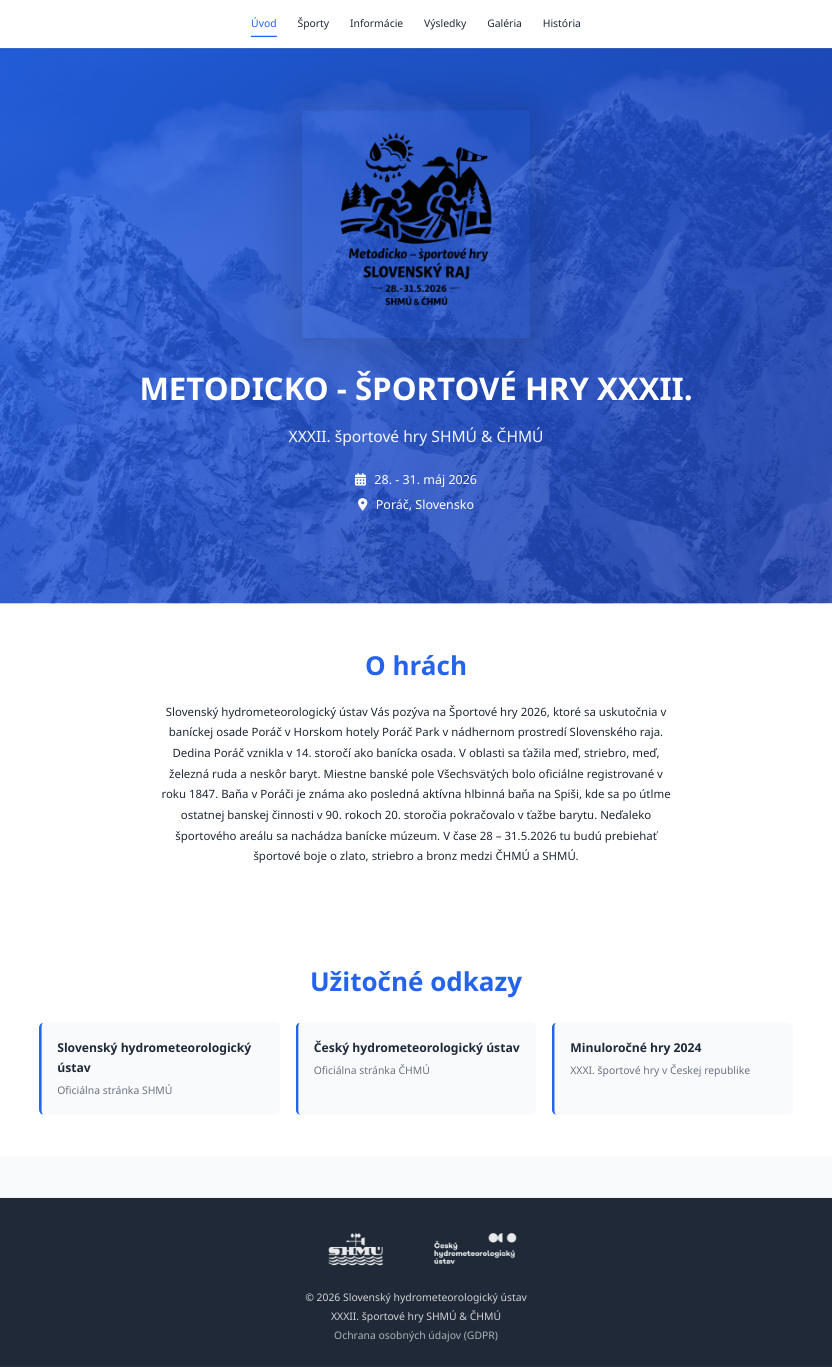
Repository: samiljimari/SHMU-web
Page: index.html
These files come from the project's save history. The page is drawn as it stood at one moment and after the next save; the edit follows.
The browser window is 1280 px wide. The pictures show the whole page, at 65% of full size.

Above is the page before, as saved 2026-01-14 15:30:24.

### index.html
<!DOCTYPE html>
<html lang="sk">
<head>
    <meta charset="UTF-8">
    <meta name="viewport" content="width=device-width, initial-scale=1.0">
    <title>Športové hry SHMÚ 2026</title>
    <link rel="stylesheet" href="https://cdnjs.cloudflare.com/ajax/libs/font-awesome/6.5.1/css/all.min.css">
    <link rel="stylesheet" href="css/style.css">
</head>
<body>
    <header>
        <nav class="navbar navbar-index">
            <div class="container">
                <div class="logo">
                </div>
                <ul class="nav-menu">
                    <li><a href="index.html" class="active">Úvod</a></li>
                    <li><a href="sports.html">Športy</a></li>
                    <li><a href="info.html">Informácie</a></li>
                    <li><a href="results.html">Výsledky</a></li>
                    <li><a href="gallery.html">Galéria</a></li>
                    <li><a href="history.html">História</a></li>
                </ul>
                <div class="hamburger">
                    <span></span>
                    <span></span>
                    <span></span>
                </div>
            </div>
        </nav>
    </header>

    <main>
        <section class="hero">
            <div class="hero-content">
                <img src="site_logo.png" alt="Logo" class="hero-logo">
                <h2>METODICKO - ŠPORTOVÉ HRY XXXII.</h2>
                <p class="hero-subtitle">XXXII. športové hry SHMÚ & ČHMÚ</p>
                <p class="hero-date"><i class="fas fa-calendar-alt"></i> 28. - 31. máj 2026</p>
                <p class="hero-location"><i class="fas fa-map-marker-alt"></i> Poráč, Slovensko</p>
            </div>
        </section>

        <section class="about">
            <div class="container">
                <h2>O hrách</h2>
                <p>
                    Slovenský hydrometeorologický ústav Vás pozýva na Športové hry 2026, ktoré sa uskutočnia v baníckej osade Poráč v Horskom hotely Poráč Park v nádhernom prostredí Slovenského raja.
Dedina  Poráč vznikla v 14. storočí ako banícka osada. V oblasti sa ťažila meď, striebro, meď, železná ruda a neskôr baryt. Miestne banské pole Všechsvätých bolo oficiálne registrované v roku 1847.
Baňa v Poráči je známa ako posledná aktívna hlbinná baňa na Spiši, kde sa po útlme ostatnej banskej činnosti v 90. rokoch 20. storočia pokračovalo v ťažbe barytu. Neďaleko športového areálu sa nachádza banícke múzeum.

V čase 28 – 31.5.2026 tu budú prebiehať športové boje o zlato, striebro a bronz medzi ČHMÚ a SHMÚ.

                </p>
            </div>
        </section>

        <section class="useful-links">
            <div class="container">
                <h2>Užitočné odkazy</h2>
                <div class="links-grid">
                    <a href="https://www.shmu.sk/" target="_blank" class="link-card">
                        <h3>Slovenský hydrometeorologický ústav</h3>
                        <p>Oficiálna stránka SHMÚ</p>
                    </a>
                    <a href="http://www.chmi.cz/" target="_blank" class="link-card">
                        <h3>Český hydrometeorologický ústav</h3>
                        <p>Oficiálna stránka ČHMÚ</p>
                    </a>
                    <a href="https://info.chmi.cz/akce/sportovniHry/index.php" target="_blank" class="link-card">
                        <h3>Minuloročné hry 2024</h3>
                        <p>XXXI. športové hry v Českej republike</p>
                    </a>
                </div>
            </div>
        </section>
    </main>

    <footer>
        <div class="container">
            <div class="footer-logos">
                <img src="logoSHMI_white.png" alt="SHMÚ Logo">
                <img src="logoCHMI_white.png" alt="ČHMÚ Logo">
            </div>
            <p>&copy; 2026 Slovenský hydrometeorologický ústav</p>
            <p>XXXII. športové hry SHMÚ & ČHMÚ</p>
            <p><a href="gdpr.html" style="color: rgba(255,255,255,0.8); text-decoration: none;">Ochrana osobných údajov (GDPR)</a></p>
        </div>
    </footer>

    <script src="js/script.js"></script>
</body>
</html>

### css/style.css
/* Reset and Base Styles */
* {
    margin: 0;
    padding: 0;
    box-sizing: border-box;
}

:root {
    --primary-color: #2563eb;
    --secondary-color: #1e40af;
    --accent-color: #3b82f6;
    --text-dark: #1f2937;
    --text-light: #6b7280;
    --bg-light: #f9fafb;
    --bg-white: #ffffff;
    --border-color: #e5e7eb;
    --success-color: #10b981;
    --warning-color: #f59e0b;
    --danger-color: #ef4444;
}

body {
    font-family: 'Segoe UI', Tahoma, Geneva, Verdana, sans-serif;
    line-height: 1.6;
    color: var(--text-dark);
    background-color: var(--bg-light);
}

.container {
    max-width: 1200px;
    margin: 0 auto;
    padding: 0 20px;
}

/* Navigation */
.navbar {
    background-color: var(--bg-white);
    box-shadow: 0 2px 4px rgba(0, 0, 0, 0.1);
    position: relative;
    z-index: 1000;
}

.navbar .container {
    display: flex;
    justify-content: space-between;
    align-items: center;
    padding: 1.5rem 20px;
}

.navbar-index .container {
    justify-content: center;
}

.navbar-index .logo {
    display: none;
}

.logo {
    display: flex;
    align-items: center;
    gap: 15px;
}

.site-logo {
    height: 160px;
    width: auto;
    object-fit: contain;
}

.logo h1 {
    font-size: 1.5rem;
    color: var(--primary-color);
    font-weight: 700;
}

.nav-menu {
    display: flex;
    list-style: none;
    gap: 2rem;
}

.nav-menu a {
    text-decoration: none;
    color: var(--text-dark);
    font-weight: 500;
    transition: color 0.3s;
    padding: 0.5rem 0;
}

.nav-menu a:hover,
.nav-menu a.active {
    color: var(--primary-color);
    border-bottom: 2px solid var(--primary-color);
}

.hamburger {
    display: none;
    flex-direction: column;
    cursor: pointer;
    gap: 4px;
}

.hamburger span {
    width: 25px;
    height: 3px;
    background-color: var(--text-dark);
    transition: 0.3s;
}

/* Hero Section */
.hero {
    background-image: linear-gradient(135deg, rgba(37, 99, 235, 0.85) 0%, rgba(30, 64, 175, 0.85) 100%), url('../tatry.jpg');
    background-size: cover;
    background-position: center top;
    background-repeat: no-repeat;
    color: white;
    padding: 6rem 2rem 8rem;
    text-align: center;
    position: relative;
    min-height: 600px;
    margin-top: 0;
}

.hero-logo {
    height: 350px;
    width: auto;
    margin-bottom: 2rem;
    filter: drop-shadow(0 0 20px rgba(255, 255, 255, 0.9))
            drop-shadow(0 0 40px rgba(255, 255, 255, 0.6))
            drop-shadow(0 4px 8px rgba(0, 0, 0, 0.3));
    opacity: 1;
    mix-blend-mode: multiply;
    background: transparent;
}

.hero-content h2 {
    font-size: 3rem;
    margin-bottom: 1rem;
    font-weight: 700;
}

.hero-subtitle {
    font-size: 1.5rem;
    margin-bottom: 2rem;
    opacity: 0.95;
}

.hero-date,
.hero-location {
    font-size: 1.2rem;
    margin: 0.5rem 0;
}

.hero-date i,
.hero-location i {
    margin-right: 0.5rem;
}

/* About Section */
.about {
    padding: 4rem 2rem;
    background-color: var(--bg-white);
}

.about h2 {
    font-size: 2.5rem;
    margin-bottom: 1.5rem;
    color: var(--primary-color);
    text-align: center;
}

.about p {
    font-size: 1.1rem;
    line-height: 1.8;
    margin-bottom: 1rem;
    text-align: center;
    max-width: 800px;
    margin-left: auto;
    margin-right: auto;
}

/* Info Grid Section */
.info-grid {
    padding: 4rem 2rem;
    background-color: var(--bg-light);
}

.grid {
    display: grid;
    grid-template-columns: repeat(auto-fit, minmax(250px, 1fr));
    gap: 2rem;
}

.card {
    background-color: var(--bg-white);
    padding: 2rem;
    border-radius: 10px;
    box-shadow: 0 4px 6px rgba(0, 0, 0, 0.1);
    text-align: center;
    transition: transform 0.3s, box-shadow 0.3s;
}

.card:hover {
    transform: translateY(-5px);
    box-shadow: 0 8px 12px rgba(0, 0, 0, 0.15);
}

.card-icon {
    font-size: 3rem;
    margin-bottom: 1rem;
    color: var(--primary-color);
}

.card-icon i {
    display: block;
}

.card h3 {
    font-size: 1.5rem;
    margin-bottom: 1rem;
    color: var(--primary-color);
}

.card p {
    margin-bottom: 1.5rem;
    color: var(--text-light);
}

.btn {
    display: inline-block;
    padding: 0.75rem 1.5rem;
    background-color: var(--primary-color);
    color: white;
    text-decoration: none;
    border-radius: 5px;
    transition: background-color 0.3s;
    font-weight: 500;
}

.btn:hover {
    background-color: var(--secondary-color);
}

/* Useful Links Section */
.useful-links {
    padding: 4rem 2rem;
    background-color: var(--bg-white);
}

.useful-links h2 {
    font-size: 2.5rem;
    margin-bottom: 2rem;
    color: var(--primary-color);
    text-align: center;
}

.links-grid {
    display: grid;
    grid-template-columns: repeat(auto-fit, minmax(300px, 1fr));
    gap: 1.5rem;
}

.link-card {
    background-color: var(--bg-light);
    padding: 1.5rem;
    border-radius: 8px;
    text-decoration: none;
    color: var(--text-dark);
    border-left: 4px solid var(--primary-color);
    transition: all 0.3s;
}

.link-card:hover {
    background-color: var(--primary-color);
    color: white;
    transform: translateX(5px);
}

.link-card h3 {
    margin-bottom: 0.5rem;
}

.link-card p {
    color: var(--text-light);
}

.link-card:hover p {
    color: rgba(255, 255, 255, 0.9);
}

/* Page Header */
.page-header {
    background: linear-gradient(135deg, var(--primary-color) 0%, var(--secondary-color) 100%);
    color: white;
    padding: 5rem 2rem 3rem;
    text-align: center;
    margin-top: 0;
}

.page-header h1 {
    font-size: 2.5rem;
    margin-bottom: 0.5rem;
}

.page-header p {
    font-size: 1.2rem;
    opacity: 0.95;
}

/* Sports Section */
.sports-list {
    padding: 4rem 2rem;
}

.sports-grid {
    display: grid;
    grid-template-columns: repeat(auto-fit, minmax(280px, 1fr));
    gap: 2rem;
    margin-bottom: 3rem;
}

.sport-card {
    background-color: var(--bg-white);
    padding: 2rem;
    border-radius: 10px;
    box-shadow: 0 4px 6px rgba(0, 0, 0, 0.1);
    transition: transform 0.3s;
}

.sport-card:hover {
    transform: translateY(-5px);
}

.sport-icon {
    font-size: 3rem;
    margin-bottom: 1rem;
    text-align: center;
    color: var(--primary-color);
}

.sport-icon i {
    display: block;
}

.sport-card h3 {
    font-size: 1.5rem;
    margin-bottom: 0.5rem;
    color: var(--primary-color);
}

.sport-card p {
    color: var(--text-light);
    margin-bottom: 1rem;
}

.sport-card ul {
    list-style: none;
    padding-left: 0;
}

.sport-card ul li {
    padding: 0.25rem 0;
    color: var(--text-dark);
}

.sport-card ul li:before {
    content: "✓ ";
    color: var(--success-color);
    font-weight: bold;
}

.info-box {
    background-color: var(--bg-white);
    padding: 2rem;
    border-radius: 10px;
    border-left: 4px solid var(--warning-color);
    box-shadow: 0 4px 6px rgba(0, 0, 0, 0.1);
}

.info-box h3 {
    color: var(--primary-color);
    margin-bottom: 1rem;
}

.info-box ul {
    list-style: none;
    padding-left: 0;
}

.info-box ul li {
    padding: 0.5rem 0;
}

/* Information Page */
.info-content {
    padding: 4rem 2rem;
}

.info-section {
    background-color: var(--bg-white);
    padding: 2rem;
    margin-bottom: 2rem;
    border-radius: 10px;
    box-shadow: 0 4px 6px rgba(0, 0, 0, 0.1);
}

.info-section h2 {
    color: var(--primary-color);
    margin-bottom: 1.5rem;
    font-size: 2rem;
}

.info-section h2 i {
    margin-right: 0.5rem;
}

.info-section h3 {
    color: var(--secondary-color);
    margin-top: 1.5rem;
    margin-bottom: 1rem;
}

.info-section h4 {
    color: var(--text-dark);
    margin-top: 1rem;
    margin-bottom: 0.5rem;
}

.info-section ul {
    margin-left: 1.5rem;
    margin-top: 0.5rem;
}

.info-section li {
    margin-bottom: 0.5rem;
}

.schedule-table {
    margin-top: 1rem;
}

.schedule-table h3 {
    background-color: var(--bg-light);
    padding: 0.75rem 1rem;
    margin-top: 1.5rem;
    border-left: 4px solid var(--primary-color);
}

.schedule-table table {
    width: 100%;
    border-collapse: collapse;
    margin-top: 1rem;
}

.schedule-table table tr {
    border-bottom: 1px solid var(--border-color);
}

.schedule-table table td {
    padding: 1rem;
}

.schedule-table table td:first-child {
    font-weight: 600;
    color: var(--primary-color);
    width: 150px;
}

.venue-info,
.accommodation-info,
.transport-info,
.registration-info,
.meals-info {
    margin-top: 1rem;
}

.hotel-list {
    display: grid;
    grid-template-columns: repeat(auto-fit, minmax(250px, 1fr));
    gap: 1rem;
    margin-top: 1rem;
}

.hotel-card {
    background-color: var(--bg-light);
    padding: 1rem;
    border-radius: 5px;
}

.hotel-card h4 {
    color: var(--primary-color);
    margin-bottom: 0.5rem;
}

.contact-box {
    background: linear-gradient(135deg, var(--primary-color) 0%, var(--secondary-color) 100%);
    color: white;
}

.contact-box h2 {
    color: white;
}

.contact-box a {
    color: white;
    text-decoration: underline;
}

/* Results Page */
.results-content {
    padding: 4rem 2rem;
}

.overall-standings,
.sport-results {
    background-color: var(--bg-white);
    padding: 2rem;
    margin-bottom: 2rem;
    border-radius: 10px;
    box-shadow: 0 4px 6px rgba(0, 0, 0, 0.1);
}

.results-table {
    width: 100%;
    border-collapse: collapse;
    margin-top: 1rem;
}

.results-table thead {
    background-color: var(--primary-color);
    color: white;
}

.results-table th,
.results-table td {
    padding: 1rem;
    text-align: left;
    border-bottom: 1px solid var(--border-color);
}

.results-table tbody tr:hover {
    background-color: var(--bg-light);
}

.medal-gold {
    color: #FFD700;
    font-weight: bold;
}

.medal-silver {
    color: #C0C0C0;
    font-weight: bold;
}

.medal-bronze {
    color: #CD7F32;
    font-weight: bold;
}

.results-note {
    margin-top: 1rem;
    color: var(--text-light);
    font-style: italic;
}

.result-box {
    margin-top: 1rem;
    padding: 1.5rem;
    background-color: var(--bg-light);
    border-radius: 8px;
}

.result-box h3 {
    color: var(--secondary-color);
    margin-bottom: 1rem;
}

.score-display {
    display: flex;
    justify-content: center;
    align-items: center;
    gap: 2rem;
    font-size: 1.5rem;
    margin: 1rem 0;
}

.score-display .team {
    font-weight: 600;
    min-width: 100px;
    text-align: center;
}

.score-display .score {
    font-size: 2rem;
    font-weight: bold;
    color: var(--primary-color);
}

.status {
    text-align: center;
    color: var(--text-light);
    font-style: italic;
    margin-top: 0.5rem;
}

/* Gallery Page */
.gallery-content {
    padding: 4rem 2rem;
}

.gallery-section {
    background-color: var(--bg-white);
    padding: 2rem;
    margin-bottom: 2rem;
    border-radius: 10px;
    box-shadow: 0 4px 6px rgba(0, 0, 0, 0.1);
}

.gallery-section h2 {
    color: var(--primary-color);
    margin-bottom: 1rem;
}

.gallery-note {
    color: var(--text-light);
    font-style: italic;
    margin-bottom: 2rem;
}

.photo-grid {
    display: grid;
    grid-template-columns: repeat(auto-fill, minmax(250px, 1fr));
    gap: 1rem;
    margin-top: 2rem;
}

.photo-placeholder {
    background-color: var(--bg-light);
    border: 2px dashed var(--border-color);
    border-radius: 8px;
    padding: 3rem;
    text-align: center;
    color: var(--text-light);
    min-height: 200px;
    display: flex;
    align-items: center;
    justify-content: center;
}

.previous-years {
    display: grid;
    grid-template-columns: repeat(auto-fit, minmax(300px, 1fr));
    gap: 1.5rem;
    margin-top: 1.5rem;
}

.year-gallery-link {
    text-decoration: none;
    color: inherit;
}

.year-card {
    background-color: var(--bg-light);
    padding: 2rem;
    border-radius: 8px;
    border-left: 4px solid var(--primary-color);
    transition: all 0.3s;
}

.year-card:hover {
    background-color: var(--primary-color);
    color: white;
    transform: translateX(5px);
}

.year-card h3 {
    color: var(--primary-color);
    margin-bottom: 0.5rem;
}

.year-card:hover h3 {
    color: white;
}

.view-link {
    display: inline-block;
    margin-top: 1rem;
    color: var(--primary-color);
    font-weight: 600;
}

.year-card:hover .view-link {
    color: white;
}

.upload-info {
    background-color: var(--bg-light);
    padding: 2rem;
    border-radius: 8px;
    margin-top: 2rem;
}

.upload-info h3 {
    color: var(--primary-color);
    margin-bottom: 1rem;
}

.upload-info a {
    color: var(--primary-color);
    text-decoration: none;
}

.upload-info a:hover {
    text-decoration: underline;
}

/* History Page */
.history-content {
    padding: 4rem 2rem;
}

.history-intro {
    background-color: var(--bg-white);
    padding: 2rem;
    margin-bottom: 3rem;
    border-radius: 10px;
    box-shadow: 0 4px 6px rgba(0, 0, 0, 0.1);
}

.history-intro h2 {
    color: var(--primary-color);
    margin-bottom: 1rem;
}

.history-intro p {
    margin-bottom: 1rem;
    line-height: 1.8;
}

.timeline {
    background-color: var(--bg-white);
    padding: 2rem;
    margin-bottom: 3rem;
    border-radius: 10px;
    box-shadow: 0 4px 6px rgba(0, 0, 0, 0.1);
}

.timeline h2 {
    color: var(--primary-color);
    margin-bottom: 2rem;
}

.timeline-item {
    display: grid;
    grid-template-columns: 120px 1fr;
    gap: 2rem;
    margin-bottom: 2rem;
    padding-bottom: 2rem;
    border-bottom: 1px solid var(--border-color);
}

.timeline-item:last-child {
    border-bottom: none;
}

.timeline-year {
    font-size: 1.5rem;
    font-weight: 700;
    color: var(--primary-color);
}

.timeline-content h3 {
    color: var(--secondary-color);
    margin-bottom: 0.5rem;
}

.timeline-content a {
    color: var(--primary-color);
    text-decoration: none;
    display: inline-block;
    margin-top: 0.5rem;
}

.timeline-content a:hover {
    text-decoration: underline;
}

.timeline-item.placeholder {
    opacity: 0.6;
}

.statistics {
    background-color: var(--bg-white);
    padding: 2rem;
    margin-bottom: 3rem;
    border-radius: 10px;
    box-shadow: 0 4px 6px rgba(0, 0, 0, 0.1);
}

.statistics h2 {
    color: var(--primary-color);
    margin-bottom: 2rem;
}

.stats-grid {
    display: grid;
    grid-template-columns: repeat(auto-fit, minmax(200px, 1fr));
    gap: 2rem;
    margin-bottom: 1rem;
}

.stat-card {
    text-align: center;
    padding: 2rem;
    background-color: var(--bg-light);
    border-radius: 8px;
}

.stat-number {
    font-size: 3rem;
    font-weight: 700;
    color: var(--primary-color);
    margin-bottom: 0.5rem;
}

.stat-label {
    color: var(--text-light);
    font-size: 1.1rem;
}

.stats-note {
    text-align: center;
    color: var(--text-light);
    font-style: italic;
    margin-top: 1rem;
}

.hosting-pattern {
    background-color: var(--bg-white);
    padding: 2rem;
    border-radius: 10px;
    box-shadow: 0 4px 6px rgba(0, 0, 0, 0.1);
}

.hosting-pattern h2 {
    color: var(--primary-color);
    margin-bottom: 1rem;
}

.hosting-pattern ul {
    margin: 1rem 0 1rem 1.5rem;
}

.hosting-pattern li {
    margin-bottom: 0.5rem;
}

/* Footer */
footer {
    background-color: var(--text-dark);
    color: white;
    padding: 3rem 0 2rem;
    text-align: center;
    margin-top: 4rem;
}

.footer-logos {
    display: flex;
    justify-content: center;
    align-items: center;
    gap: 3rem;
    margin-bottom: 2rem;
    flex-wrap: wrap;
}

.footer-logos img {
    height: 60px;
    width: auto;
    opacity: 0.9;
    transition: opacity 0.3s;
}

.footer-logos img:hover {
    opacity: 1;
}

footer p {
    margin: 0.25rem 0;
    opacity: 0.8;
}

/* Responsive Design */
@media (max-width: 768px) {
    .nav-menu {
        position: fixed;
        left: -100%;
        top: 70px;
        flex-direction: column;
        background-color: var(--bg-white);
        width: 100%;
        text-align: center;
        transition: 0.3s;
        box-shadow: 0 10px 27px rgba(0, 0, 0, 0.05);
        padding: 2rem 0;
        gap: 0;
    }

    .nav-menu.active {
        left: 0;
    }

    .nav-menu li {
        margin: 1rem 0;
    }

    .hamburger {
        display: flex;
    }

    .hero-logo {
        height: 200px;
    }

    .site-logo {
        height: 120px;
    }

    .logo h1 {
        font-size: 1.2rem;
    }

    .hero-content h2 {
        font-size: 2rem;
    }

    .hero-subtitle {
        font-size: 1.2rem;
    }

    .hero-date,
    .hero-location {
        font-size: 1rem;
    }

    .grid,
    .links-grid,
    .sports-grid {
        grid-template-columns: 1fr;
    }

    .timeline-item {
        grid-template-columns: 80px 1fr;
        gap: 1rem;
    }

    .timeline-year {
        font-size: 1.2rem;
    }

    .stats-grid {
        grid-template-columns: repeat(2, 1fr);
    }

    .schedule-table table td:first-child {
        width: 100px;
        font-size: 0.9rem;
    }
}

@media (max-width: 480px) {
    .stats-grid {
        grid-template-columns: 1fr;
    }

    .score-display {
        flex-direction: column;
        gap: 0.5rem;
    }

    .score-display .score {
        font-size: 1.5rem;
    }
}

Loaded but not shown: js/script.js (157 lines, source omitted)

After the next save:
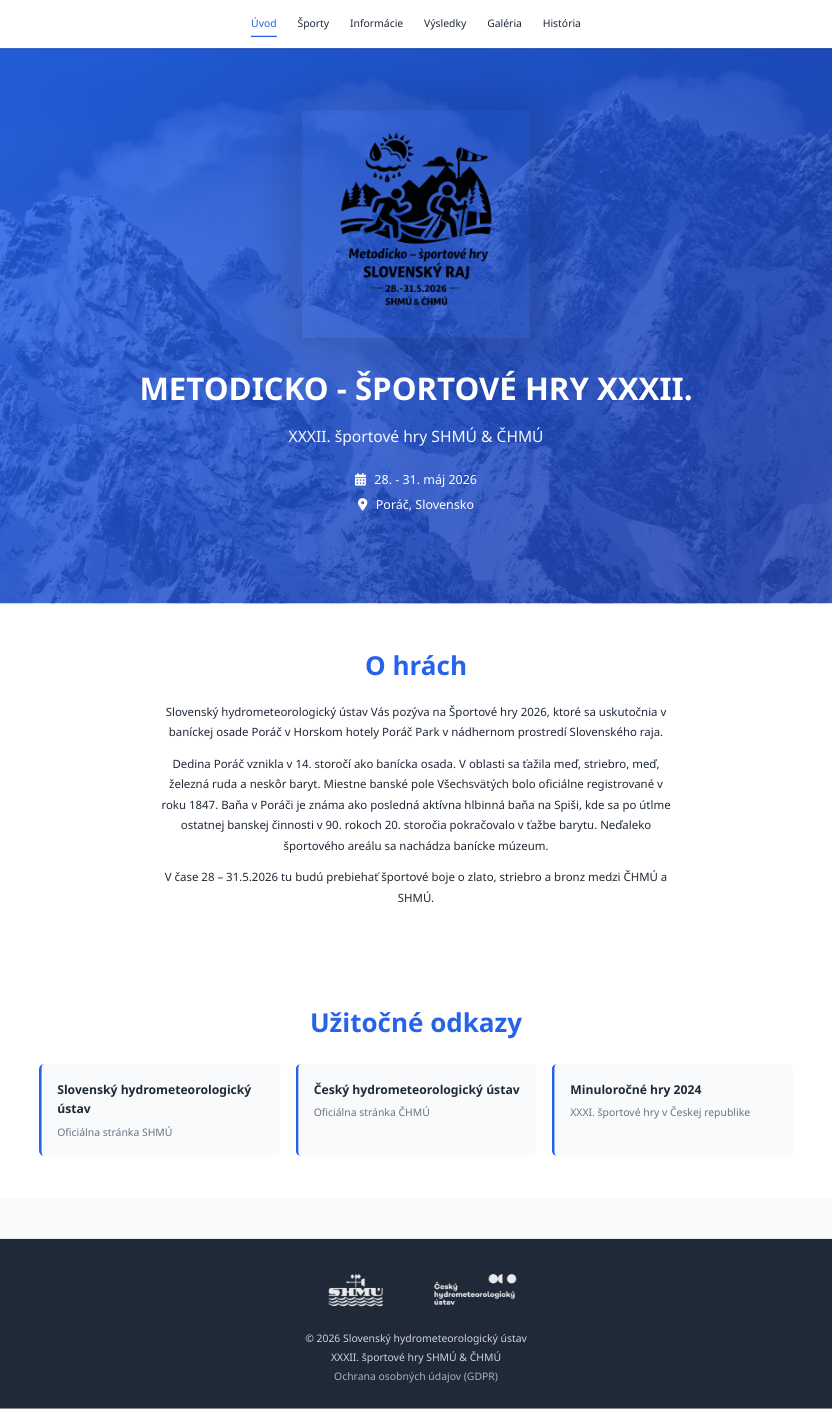
Saved 95 s later.
--- a/index.html
+++ b/index.html
@@ -46,10 +46,14 @@
                 <h2>O hrách</h2>
                 <p>
                     Slovenský hydrometeorologický ústav Vás pozýva na Športové hry 2026, ktoré sa uskutočnia v baníckej osade Poráč v Horskom hotely Poráč Park v nádhernom prostredí Slovenského raja.
-Dedina  Poráč vznikla v 14. storočí ako banícka osada. V oblasti sa ťažila meď, striebro, meď, železná ruda a neskôr baryt. Miestne banské pole Všechsvätých bolo oficiálne registrované v roku 1847.
-Baňa v Poráči je známa ako posledná aktívna hlbinná baňa na Spiši, kde sa po útlme ostatnej banskej činnosti v 90. rokoch 20. storočia pokračovalo v ťažbe barytu. Neďaleko športového areálu sa nachádza banícke múzeum.
+                </p>
 
-V čase 28 – 31.5.2026 tu budú prebiehať športové boje o zlato, striebro a bronz medzi ČHMÚ a SHMÚ.
+                <p>
+                    Dedina  Poráč vznikla v 14. storočí ako banícka osada. V oblasti sa ťažila meď, striebro, meď, železná ruda a neskôr baryt. Miestne banské pole Všechsvätých bolo oficiálne registrované v roku 1847.
+                    Baňa v Poráči je známa ako posledná aktívna hlbinná baňa na Spiši, kde sa po útlme ostatnej banskej činnosti v 90. rokoch 20. storočia pokračovalo v ťažbe barytu. Neďaleko športového areálu sa nachádza banícke múzeum.
+                </p>
+                <p>
+                    V čase 28 – 31.5.2026 tu budú prebiehať športové boje o zlato, striebro a bronz medzi ČHMÚ a SHMÚ.
 
                 </p>
             </div>
